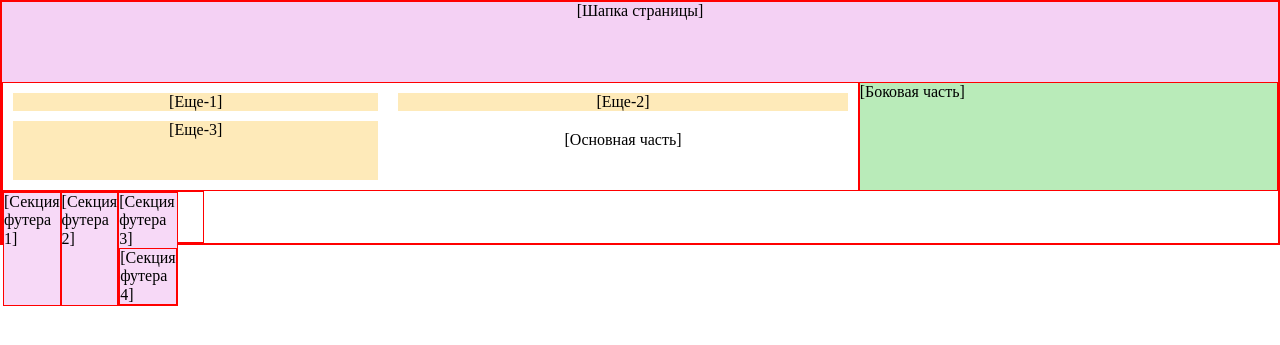
Repository: IrinaGetmanenko/week6
Page: grid.html
An editor plug-in stored every save of this project. The page is shown before and after the next save, followed by the edit.
The browser window is 1280 px wide. The pictures show the whole page.

Above is the page before, as saved 2022-10-22 19:59:34.

After the next save:
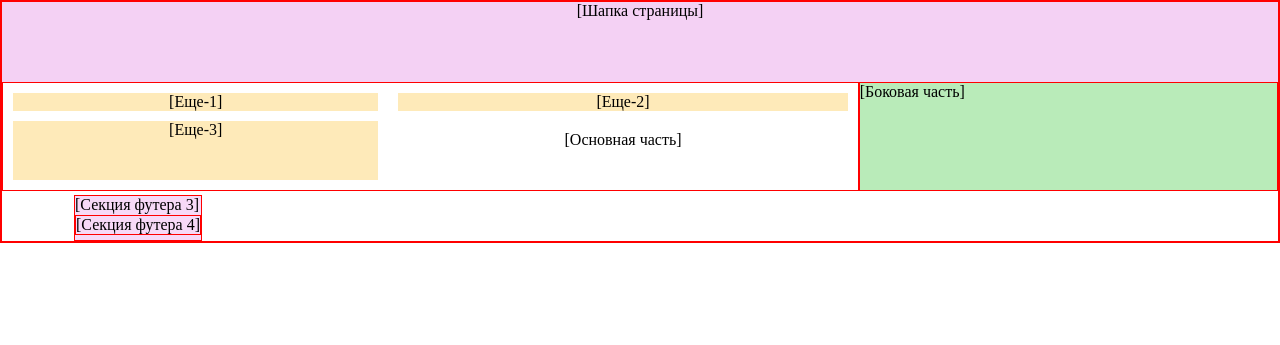
Saved 3 min 1 s later.
--- a/grid.html
+++ b/grid.html
@@ -81,6 +81,7 @@
 .footer {
 grid-area: footer;
 display: grid;
+grid-template-areas:"section-1 section-2 section-3 section-4"
 border: 1px solid red;
 height: 50px;
 width: 200px;
@@ -90,25 +91,28 @@
 }
 
 .section-1  {
-
+  grid-area: section-1;
   background-color: rgb(247, 217, 247);
 border: 1px solid red;
 
 }
 
 .section-2  {
+  grid-area: section-2;
     border: 1px solid red;
   background-color: rgb(247, 217, 247);
 
 }
 
 .section-3  {
+  grid-area: section-3;
     border: 1px solid red;
   background-color: rgb(247, 217, 247);
 
 }
 
 .section-4  {
+  grid-area: section-4;
     border: 1px solid red;
   background-color: rgb(247, 217, 247);
 

After the save that followed:
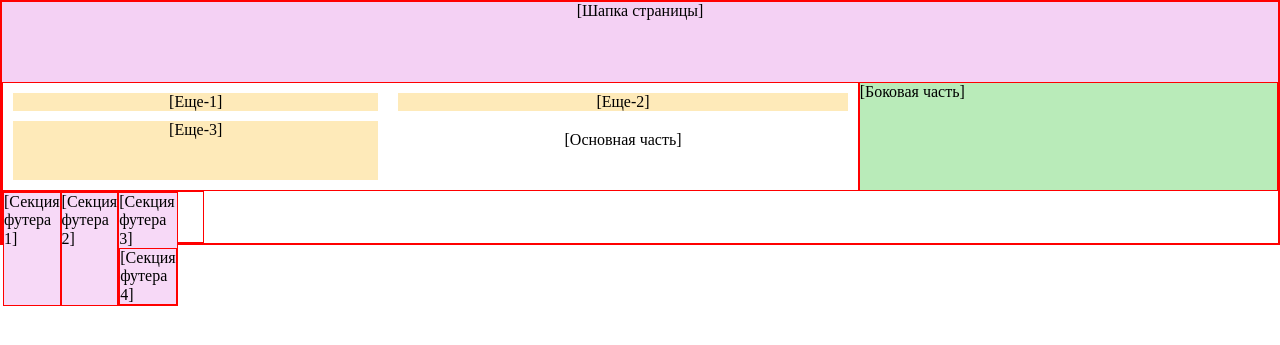
Saved 44 s later.
--- a/grid.html
+++ b/grid.html
@@ -81,7 +81,7 @@
 .footer {
 grid-area: footer;
 display: grid;
-grid-template-areas:"section-1 section-2 section-3 section-4"
+
 border: 1px solid red;
 height: 50px;
 width: 200px;
@@ -91,28 +91,25 @@
 }
 
 .section-1  {
-  grid-area: section-1;
+
   background-color: rgb(247, 217, 247);
 border: 1px solid red;
 
 }
 
 .section-2  {
-  grid-area: section-2;
     border: 1px solid red;
   background-color: rgb(247, 217, 247);
 
 }
 
 .section-3  {
-  grid-area: section-3;
     border: 1px solid red;
   background-color: rgb(247, 217, 247);
 
 }
 
 .section-4  {
-  grid-area: section-4;
     border: 1px solid red;
   background-color: rgb(247, 217, 247);
 
